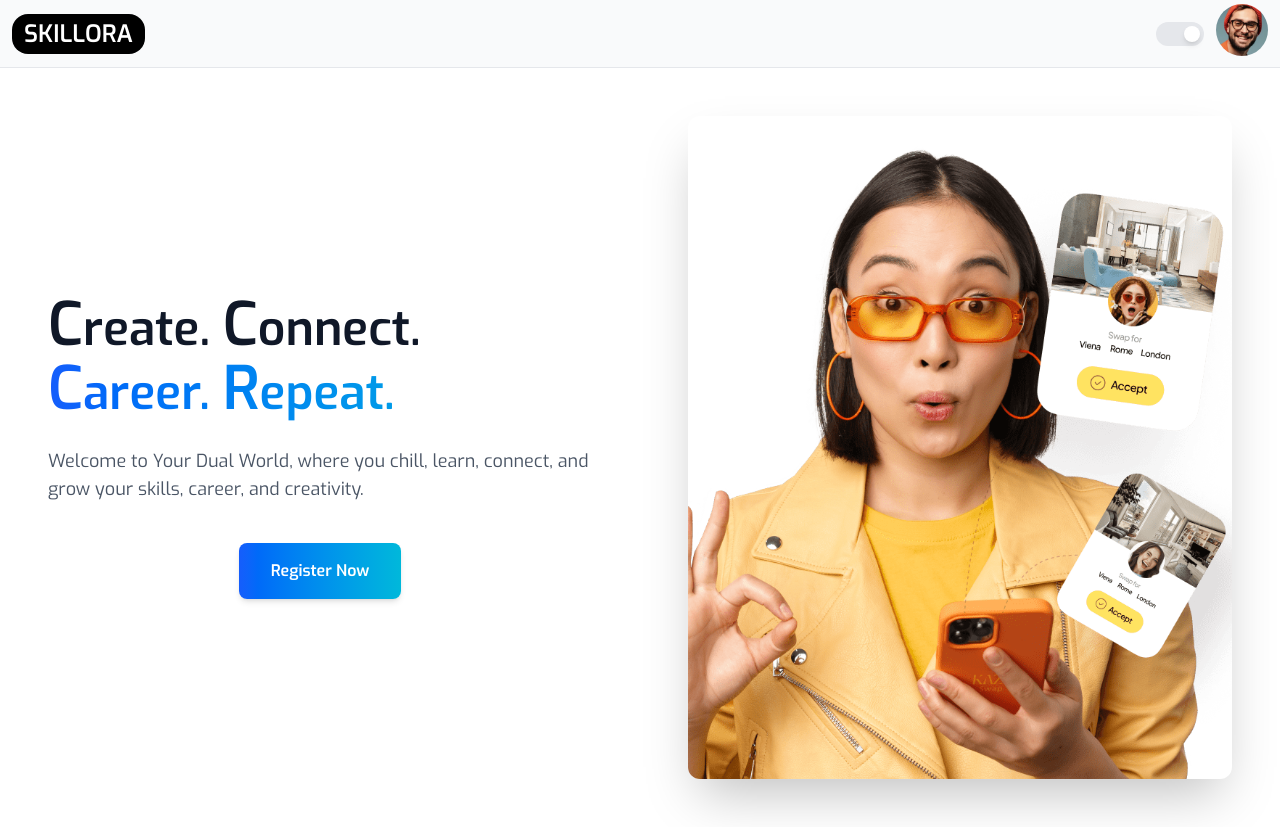
Repository: deepak445566/job
Page: / (app in frontend/)
These files come from the project's save history. The page is drawn as it stood at one moment and after the next save; the edit follows.
The browser window is 1280 px wide. The pictures show the whole page.
The page's requests for data from a server got no answer. Some web fonts or font styles are not loaded; a fallback is used. The project was rebuilt for these pictures with package versions that can differ from the ones it lists, and the page was loaded fresh each time. Some packages were replaced by stand-ins written for this rebuild. No one was signed in, and anything a server would have sent is missing. Also part of the build but not shown: frontend/vite.config.js, frontend/src/Components/auth/Login.jsx, frontend/src/Components/study/StudyDashboard.jsx, frontend/src/Components/chill/CreateReelModal.jsx, frontend/src/Components/chill/ChillDashboard.jsx, frontend/src/Components/common/Footer.jsx.

Above is the page before, as saved 2026-02-27 14:55:31.

### frontend/index.html
<!doctype html>
<html lang="en">
  <head>
    <meta charset="UTF-8" />
    <link rel="icon" type="image/svg+xml" href="/vite.svg" />
    <meta name="viewport" content="width=device-width, initial-scale=1.0" />
    <title>frontend</title>
    <link rel="preconnect" href="https://fonts.googleapis.com">
<link rel="preconnect" href="https://fonts.gstatic.com" crossorigin>
<link href="https://fonts.googleapis.com/css2?family=Exo:ital,wght@0,100..900;1,100..900&family=Playfair+Display:ital,wght@0,400..900;1,400..900&display=swap" rel="stylesheet">
  </head>
  <body>
    <div id="root"></div>
    <script type="module" src="/src/main.jsx"></script>
  </body>
</html>

### frontend/src/main.jsx
import { StrictMode } from 'react'
import { createRoot } from 'react-dom/client'
import './index.css'
import App from './App.jsx'
import {BrowserRouter} from 'react-router-dom'
import { AppContextProvider } from './context/AppContextProvider.jsx'




createRoot(document.getElementById('root')).render(
  <BrowserRouter>
  <AppContextProvider>
  <StrictMode>
    <App />
  </StrictMode>
  </AppContextProvider>
  </BrowserRouter>
)

### frontend/src/index.css
@import "tailwindcss";
.exo{
  font-family: "Exo", sans-serif;

  font-style: normal;
}

### frontend/src/App.jsx
import React from "react";
import Login from "./Components/auth/Login";
import { Route, Routes } from "react-router-dom";
import Dashboard from "./Components/Dashboard";
import { useAppContext } from "./context/AppContextProvider";
import Layout from "./Components/common/Layout";

function App() {
  const { showLogin } = useAppContext();

  return (
    <>
      {showLogin && <Login />}

      <Routes>
        {/* Layout wrap karega sab routes ko */}
        <Route path="/" element={<Layout />}>
          <Route index element={<Dashboard />} />
        </Route>
      </Routes>
    </>
  );
}

export default App;

### frontend/src/context/AppContextProvider.jsx
import { useContext, useEffect, useState } from "react";
import { useNavigate } from "react-router-dom";
import axios from "axios";
import { AppContext } from "./AppContext";
import toast from 'react-hot-toast';

axios.defaults.withCredentials = true;
axios.defaults.baseURL = import.meta.env.VITE_BACKEND_URL;
console.log("Base URL:", import.meta.env.VITE_BACKEND_URL);

export const AppContextProvider = ({ children }) => {
  const navigate = useNavigate();
  const [user, setUser] = useState(null);
  const [mode, setMode] = useState('chill'); // Default 'chill' ya 'study'
  const [showLogin, setShowLogin] = useState(false);
  const [loading, setLoading] = useState(true);

  const fetchUser = async () => {
    try {
      const { data } = await axios.get("/api/auth/isauth");
      if (data.success) {
        setUser(data.user);
        // User login hai toh uski mode fetch karo
        fetchUserMode();
      }
    } catch (error) {
      setUser(null);
    } finally {
      setLoading(false);
    }
  };

  // User ka mode fetch karne ka function
  const fetchUserMode = async () => {
    try {
      const { data } = await axios.get("/api/mode/");
      if (data.success) {
        setMode(data.mode);
      }
    } catch (error) {
      console.log("Error fetching mode:", error);
    }
  };

  // Mode toggle karne ka function
  const toggleMode = async () => {
    if (!user) {
      toast.error("Please login first");
      setShowLogin(true);
      return;
    }

    try {
      const { data } = await axios.put("/api/mode/switch");
      if (data.success) {
        setMode(data.mode);
        toast.success(data.message);
      }
    } catch (error) {
      toast.error(error.response?.data?.message || "Error switching mode");
    }
  };

  useEffect(() => {
    fetchUser();
  }, []);

  return (
    <AppContext.Provider
      value={{
        navigate,
        user,
        setUser,
        axios,
        setShowLogin,
        showLogin,
        mode,
        setMode,
        toggleMode,
        loading
      }}
    >
      {children}
    </AppContext.Provider>
  );
};

export const useAppContext = () => useContext(AppContext);

### frontend/src/Components/Dashboard.jsx
// components/Dashboard.jsx
import React from 'react';
import { useAppContext } from '../context/AppContextProvider';
import StudyDashboard from './study/StudyDashboard';
import ChillDashboard from './chill/ChillDashboard';

function Dashboard() {
  const { mode, user, setShowLogin, loading } = useAppContext();

  // Loading state
  if (loading) {
    return (
      <div className="min-h-screen flex items-center justify-center">
        <div className="text-center">
          <div className="w-16 h-16 border-4 border-blue-500 border-t-transparent rounded-full animate-spin mx-auto mb-4"></div>
          <p className="text-gray-600">Loading dashboard...</p>
        </div>
      </div>
    );
  }

  // Agar user login nahi hai
  if (!user) {
    return (
     <div className="min-h-screen  flex items-center justify-center  exo">

      <div className=" w-full   rounded-2xl overflow-hidden flex flex-col md:flex-row">

        {/* Left side: Text and button */}
        <div className="w-full md:w-1/2 p-5 sm:p-10 lg:p-12 flex flex-col justify-center space-y-6">
          {/* Heading */}
          <h1 className="text-4xl sm:text-5xl font-semibold text-gray-900 leading-tight">
           <span className='text-6xl'>C</span>reate.  <span className='text-6xl'>C</span>onnect.
            <span className="text-transparent bg-clip-text bg-gradient-to-r from-blue-600 to-cyan-500 block ">
             <span className='text-6xl'>C</span>areer.  <span className='text-6xl exo'>R</span>epeat.
            </span>
          </h1>

          {/* Paragraph */}
          <p className="text-lg text-gray-600 ">
           Welcome to Your Dual World, where you chill, learn, connect, and grow your skills, career, and creativity.
          </p>

          {/* Register Now Button */}
          <div className="pt-4 flex justify-center">
            <button onClick={()=>setShowLogin(true)} className="px-8 py-4 bg-gradient-to-r from-blue-600 to-cyan-500 text-white font-semibold rounded-lg shadow-md hover:shadow-lg transform hover:scale-105 transition-all duration-300 ease-in-out focus:outline-none focus:ring-2 focus:ring-blue-400 focus:ring-offset-2">
              Register Now
            </button>
          </div>


        </div>

        {/* Right side: Image */}
        <div className="w-full md:w-1/2  flex items-center justify-center p-3 sm:p-10 lg:p-12">

          <img
            src="/images/m.png"
            alt="Hero visual representing our platform"
            className="w-full h-auto rounded-xl shadow-2xl object-cover transform hover:scale-105 transition-transform duration-500"
          />
        </div>
      </div>
    </div>
    );
  }

  // Mode ke hisaab se dashboard render karo
  return (
    <div className="transition-all duration-500">
      {mode === 'study' ? <StudyDashboard /> : <ChillDashboard />}
    </div>
  );
}

export default Dashboard;

### frontend/src/Components/common/Layout.jsx
import Navbar from "./Navbar";
import FloatingDockMinimal from "./Footer";
import { Outlet } from "react-router-dom";
import { useAppContext } from "../../context/AppContextProvider";

function Layout() {
  const { user } = useAppContext(); // ya isAuthenticated

  return (
    <div className="min-h-screen flex flex-col">
      <Navbar />

      {/* Page Content */}
      <div className={`flex-1 ${user ? "pb-20" : ""}`}>
        <Outlet />
      </div>

      {/* 👇 Sirf login user ko dikhega */}
      {user && <FloatingDockMinimal />}
    </div>
  );
}

export default Layout;

### frontend/src/Components/common/Navbar.jsx
import React, { useState } from "react";
import { useAppContext } from "../../context/AppContextProvider";
import toast from "react-hot-toast";

function Navbar() {
  const { user, setUser, axios, setShowLogin, navigate, mode, toggleMode } =
    useAppContext();
  const [loggingOut, setLoggingOut] = useState(false);
  const [togglingMode, setTogglingMode] = useState(false);
  const [showProfileMenu, setShowProfileMenu] = useState(false);

  const handleLogout = async () => {
    try {
      setLoggingOut(true);
      const { data } = await axios.post("/api/auth/logout");
      if (data.success) {
        setUser(null);
        setShowLogin(true);
        toast.success("Logged out successfully");
        navigate("/");
      } else {
        toast.error(data.message || "Logout failed");
      }
    } catch (error) {
      toast.error(error.response?.data?.message || "Error logging out");
    } finally {
      setLoggingOut(false);
      setShowProfileMenu(false);
    }
  };

  const handleToggleMode = async () => {
    try {
      setTogglingMode(true);
      await toggleMode();
    } catch (error) {
      console.error("Error toggling mode:", error);
    } finally {
      setTogglingMode(false);
    }
  };

  const handleProfileClick = () => {
    if (user) {
      setShowProfileMenu(!showProfileMenu);
    } else {
      setShowLogin(true);
    }
  };

  const getInitial = () => {
    if (user?.username) return user.username[0].toUpperCase();
    if (user?.email) return user.email[0].toUpperCase();
    return 'K';
  };

  return (
   <nav className="bg-gray-50 border-b border-gray-200 px-3 py-1 sticky top-0 z-50 exo">
  <div className="flex justify-between items-center max-w-7xl mx-auto">
    {/* Left Side */}
    <div className="flex items-center gap-4 text-2xl font-semibold uppercase bg-black text-white rounded-2xl px-3 py-1">
     <h1>Skillora</h1>
    </div>

    {/* Right Side */}
    <div className="flex items-center gap-3">
      {/* Mode Toggle */}
      <button
        onClick={handleToggleMode}
        disabled={togglingMode || !user}
        className={`relative w-12 h-6 rounded-full transition-all duration-700 ${
          user
            ? mode === 'study'
              ? 'bg-gray-700'
              : 'bg-gray-300'
            : 'bg-gray-200 cursor-not-allowed'
        }`}
        title={!user ? "Login to switch mode" : `Switch to ${mode === 'study' ? 'Chill' : 'Study'}`}
      >
        <span
          className={`absolute top-1 left-1 w-4 h-4 bg-white rounded-full shadow-md transform transition-all duration-500 ease-in-out ${
            mode === 'chill' ? 'translate-x-6' : ''
          }`}
        />
      </button>

      {/* Profile */}
      <div className="relative">
        <button
          onClick={handleProfileClick}
          className="group relative focus:outline-none"
        >
          <div>
            <img src="/images/log.jpg" className="h-13 w-13 rounded-full"/>
          </div>


        </button>

        {/* Profile Menu */}
        {showProfileMenu && user && (
          <>
            <div
              className="fixed inset-0 z-40"
              onClick={() => setShowProfileMenu(false)}
            />

            <div className="absolute right-0 mt-3 w-56 bg-white rounded-2xl shadow-lg border border-gray-100 z-50 overflow-hidden">
              <div className="px-5 py-4 border-b border-gray-100">
                <p className="text-xs text-gray-400 uppercase tracking-[0.2em] mb-2 font-light">
                  Account
                </p>
                <p className="text-sm font-medium text-gray-800 mb-0.5">
                  {user.username || 'User'}
                </p>
                <p className="text-xs text-gray-400 truncate font-light">
                  {user.email || 'user@example.com'}
                </p>
              </div>

              <div className="p-2">
                <button
                  onClick={() => {
                    setShowProfileMenu(false);
                    navigate('/profile');
                  }}
                  className="w-full px-4 py-2.5 text-left hover:bg-gray-50 rounded-xl transition-all duration-200 flex items-center gap-3 text-gray-600 group"
                >
                  <span className="text-sm opacity-50 group-hover:opacity-100 transition-opacity">👤</span>
                  <span className="text-xs font-light tracking-wide">Profile</span>
                </button>

                <div className="h-px bg-gray-100 my-2"></div>

                <button
                  onClick={handleLogout}
                  disabled={loggingOut}
                  className="w-full px-4 py-2.5 text-left hover:bg-gray-50 rounded-xl transition-all duration-200 flex items-center gap-3 text-gray-600 group"
                >
                  <span className="text-sm opacity-50 group-hover:opacity-100 transition-opacity">🚪</span>
                  <span className="text-xs font-light tracking-wide flex-1">
                    {loggingOut ? "Exiting..." : "Sign out"}
                  </span>
                  {loggingOut && (
                    <span className="w-3 h-3 border border-gray-300 border-t-transparent rounded-full animate-spin" />
                  )}
                </button>
              </div>
            </div>
          </>
        )}
      </div>
    </div>
  </div>
</nav>
  );
}

export default Navbar;

Loaded but not shown: frontend/src/context/AppContext.jsx (common file)

After the next save:
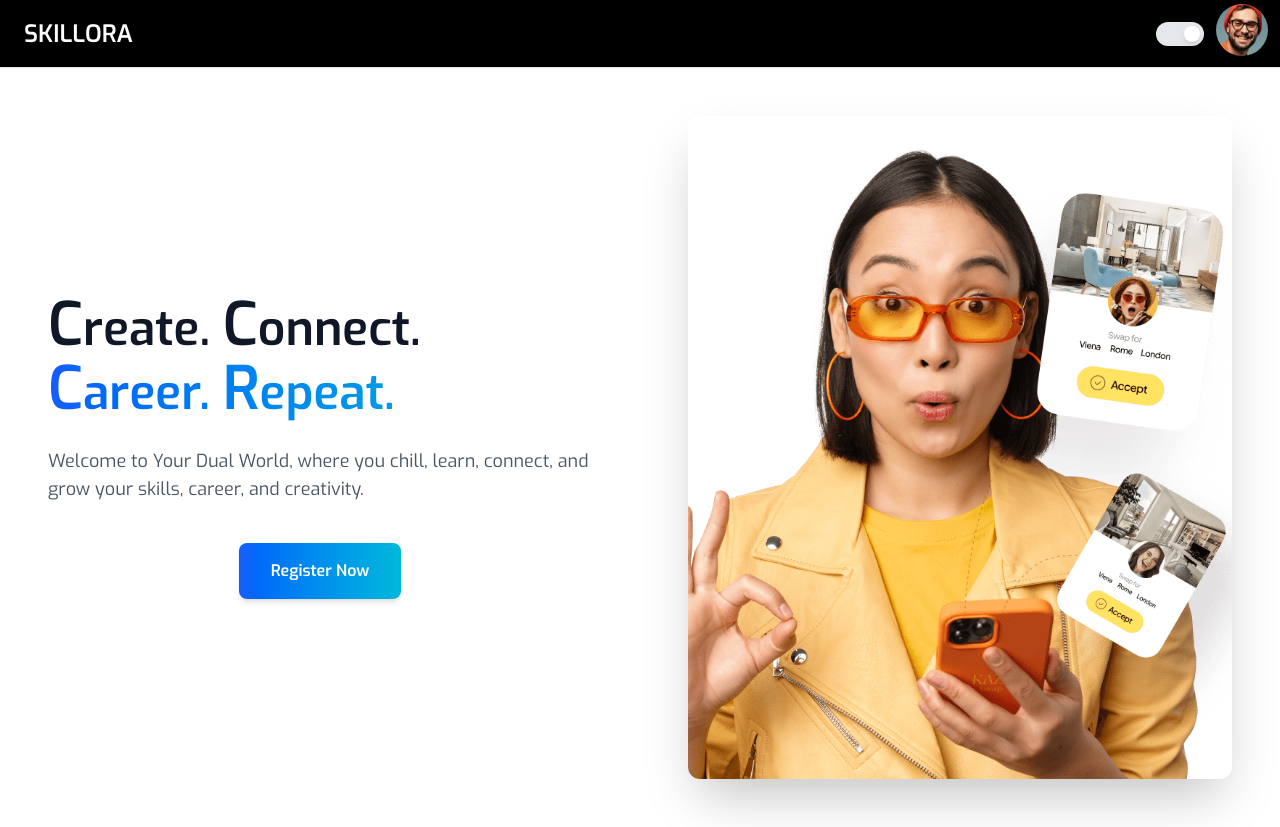
Saved 38 s later.
--- a/frontend/src/Components/common/Navbar.jsx
+++ b/frontend/src/Components/common/Navbar.jsx
@@ -55,7 +55,7 @@ function Navbar() {
   };
 
   return (
-   <nav className="bg-gray-50 border-b border-gray-200 px-3 py-1 sticky top-0 z-50 exo">
+   <nav className="bg-black border-b border-gray-200 px-3 py-1 sticky top-0 z-50 exo">
   <div className="flex justify-between items-center max-w-7xl mx-auto">
     {/* Left Side */}
     <div className="flex items-center gap-4 text-2xl font-semibold uppercase bg-black text-white rounded-2xl px-3 py-1">
